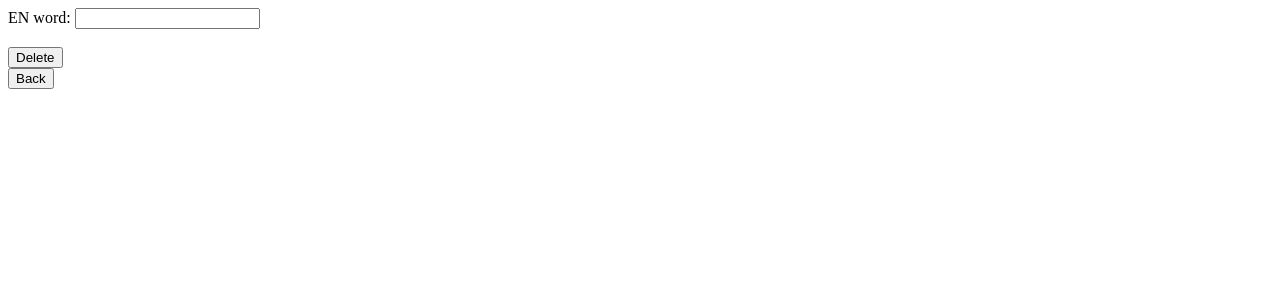
Repository: OleksandrDoskaliukKN313/IIC
Page: WebDictionary/WebContent/deleteForm.html
The author's editor kept a copy of each file at every save. The page is drawn from the files as they stood at one save, then again after the next save.
The browser window is 1280 px wide. The pictures show the whole page.

Above is the page before, as saved 2020-10-12 10:30:11.

### WebDictionary/WebContent/deleteForm.html
<!DOCTYPE html>
<html>
<head>
<meta charset="UTF-8">
<title>Delete Form</title>
</head>
<body>
<form action="deleteWord.jsp">
    EN word: <input name="en" />
    <br><br>
    <input type="submit" value="Delete" />

</form>
 <button onclick="location.href='index.html'">Back</button>
</body>
</html>

After the next save:
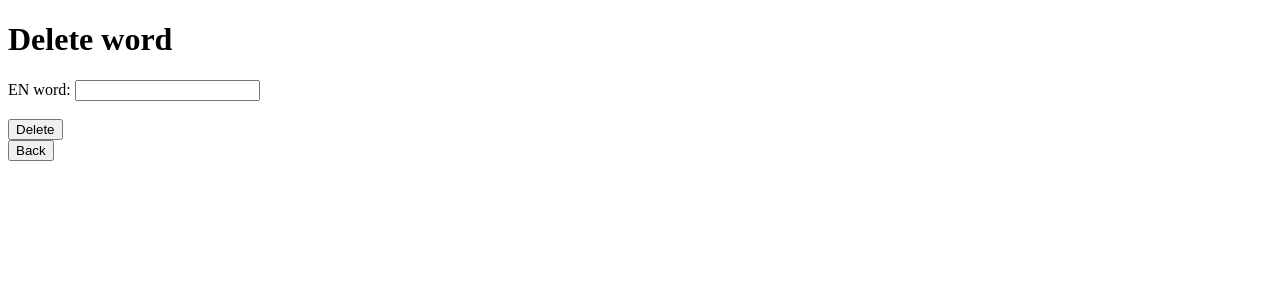
Saved 66 s later.
--- a/WebDictionary/WebContent/deleteForm.html
+++ b/WebDictionary/WebContent/deleteForm.html
@@ -4,7 +4,10 @@
 <meta charset="UTF-8">
 <title>Delete Form</title>
 </head>
-<body>
+<body class="w3-light-grey ">
+<div class="w3-container w3-blue-grey w3-opacity w3-left-align 	">
+        <h1 class = "w3-xxxlarge">Delete word</h1>
+    </div>
 <form action="deleteWord.jsp">
     EN word: <input name="en" />
     <br><br>
